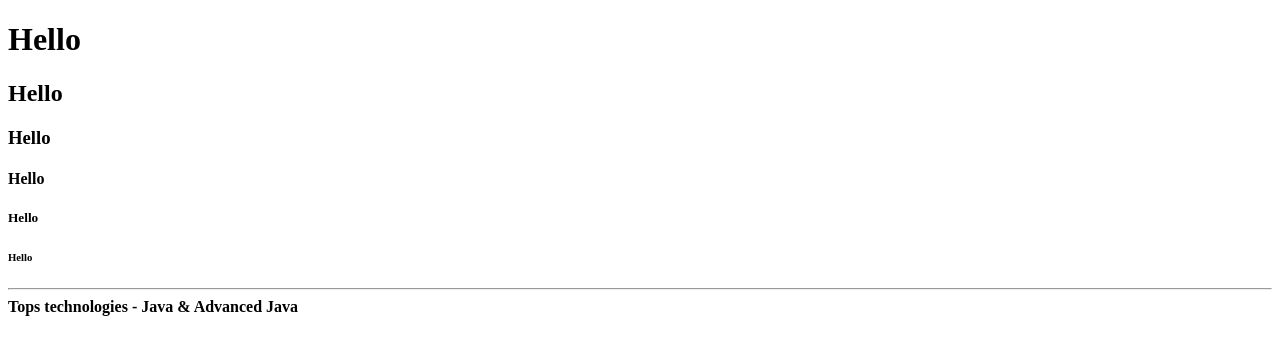
Repository: Chintan-elite/Java_Shail
Page: Learning_web/src/main/webapp/index.html
The author's editor kept a copy of each file at every save. The page is drawn from the files as they stood at one save, then again after the next save.
The browser window is 1280 px wide. The pictures show the whole page.

Above is the page before, as saved 2023-09-08 11:57:40.

### Learning_web/src/main/webapp/index.html
<!DOCTYPE html>
<html>
<head>
<meta charset="ISO-8859-1">
<title>Home</title>
</head>
<body>

	<h1>Hello</h1>
	<h2>Hello</h2>
	<h3>Hello</h3>
	<h4>Hello</h4>
	<h5>Hello</h5>
	<h6>Hello</h6>

	<hr>

	<strong> Tops technologies - Java & Advanced Java</strong>





</body>
</html>

After the next save:
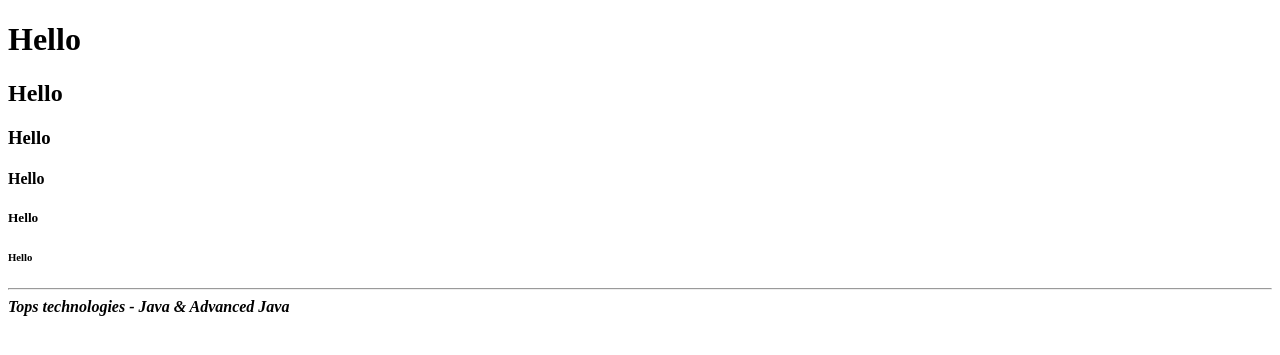
Saved 36 s later.
--- a/Learning_web/src/main/webapp/index.html
+++ b/Learning_web/src/main/webapp/index.html
@@ -15,7 +15,7 @@
 
 	<hr>
 
-	<strong> Tops technologies - Java & Advanced Java</strong>
+	<strong><i> Tops technologies - Java & Advanced Java</i></strong>
 
 
 
